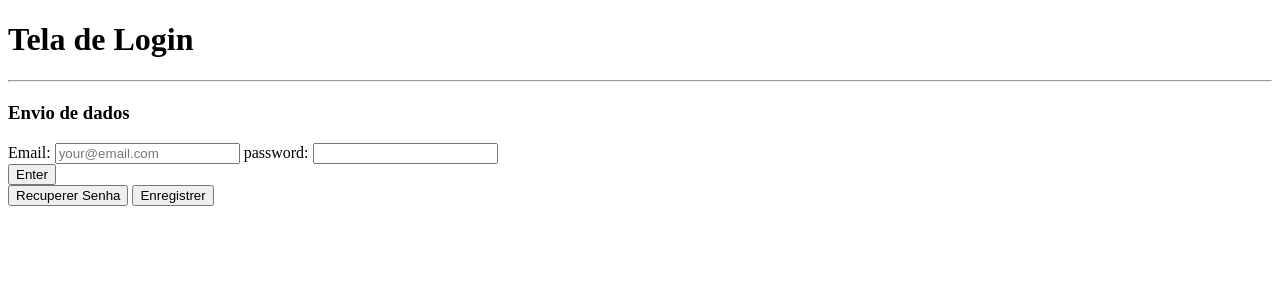
Repository: MarcioFreitasUFSC21/FrontEnd-part-1
Page: index.html
An editor plug-in stored every save of this project. The page is shown before and after a run of saves, followed by the edit.
The browser window is 1280 px wide. The pictures show the whole page.

Above is the page before, as saved 2023-04-22 19:40:03.

### index.html
<!DOCTYPE html>
<html lang="pt-br>
<head>
    <meta charset="UTF-8">
    <meta http-equiv="X-UA-Compatible" content="IE=edge">
    <meta name="viewport" content="width=device-width, initial-scale=1.0">
    <title>Controle Gastos</title>
</head>
<body>
    <h1> Tela de Login </h1>
    <hr>
    <form>
        <div>
            <h2>
                <h3> Envio de dados</h3>
                    <div>
                        <label type = "email"> Email: </label> <input type = "email" placeholder="your@email.com" ></input>
                       <label type = "password"> password: </label> <input type = "password"> </input>
                    </div>

                    <button type = "button" action = "save" onclick="alert('exemple')"> Enter</button><br>

                <div>
                    <button type = "button">Recuperer Senha</button>
                    <button type = "button">Enregistrer</button>
                </div>
            </h2>
        </div>
    </form>
</body>
</html>

After the next 2 saves:
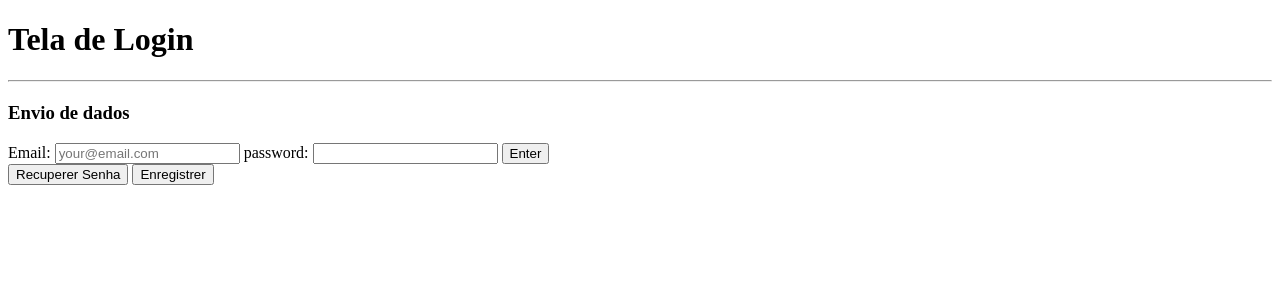
The 2 saves are shown as one change because they came seconds apart.
The last was saved 22 s later.
--- a/index.html
+++ b/index.html
@@ -16,9 +16,10 @@
                     <div>
                         <label type = "email"> Email: </label> <input type = "email" placeholder="your@email.com" ></input>
                        <label type = "password"> password: </label> <input type = "password"> </input>
+                       <button type = "button" action = "save" onclick="alert('exemple')"> Enter</button><br>
                     </div>
 
-                    <button type = "button" action = "save" onclick="alert('exemple')"> Enter</button><br>
+
 
                 <div>
                     <button type = "button">Recuperer Senha</button>
